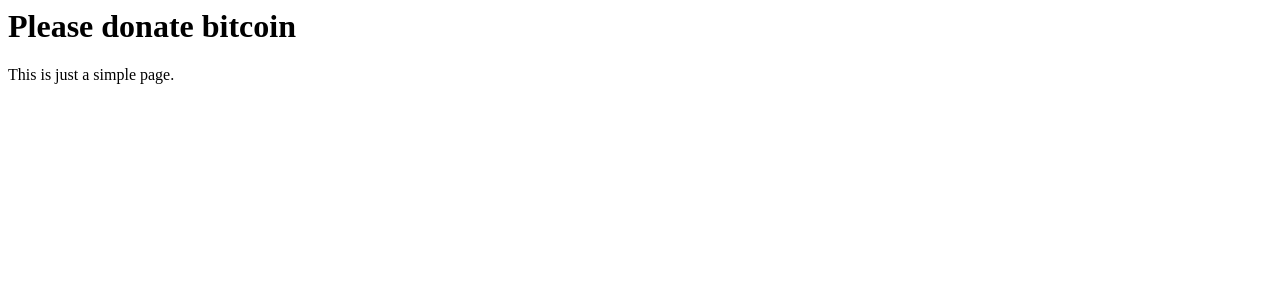
Repository: sax1johno/CIS-67_web_development_node
Page: http://localhost/
The author's editor kept a record of every edit. The page is drawn from the files as they stood at one moment, then again after the next edit.
The browser window is 1280 px wide. The pictures show the whole page.
The page is served by the project's Node server (Lecture 3.18/EJS/app.js).

Above is the page before.

After the next edit:
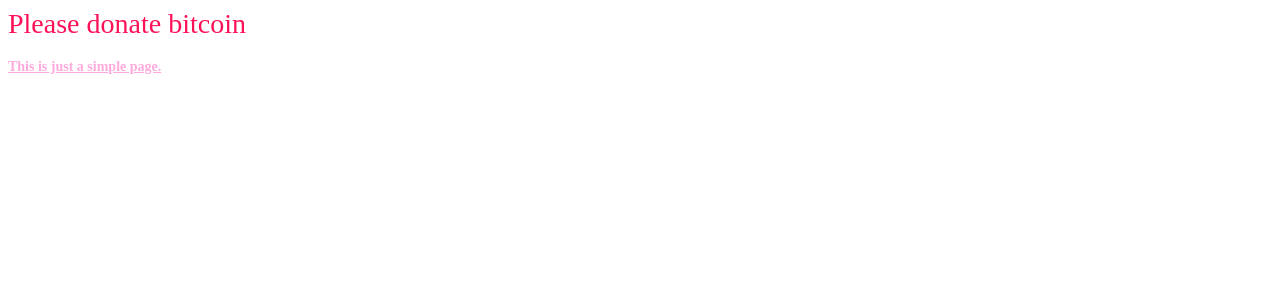
The edit:
--- a/Lecture 3.18/EJS/views/index.ejs
+++ b/Lecture 3.18/EJS/views/index.ejs
@@ -1,6 +1,7 @@
 <html>
     <head>
         <title><%= title %></title>
+        <link rel="stylesheet" href="/css/main.css" />
     </head>
     <body>
         <h1><%= title %></h1>
